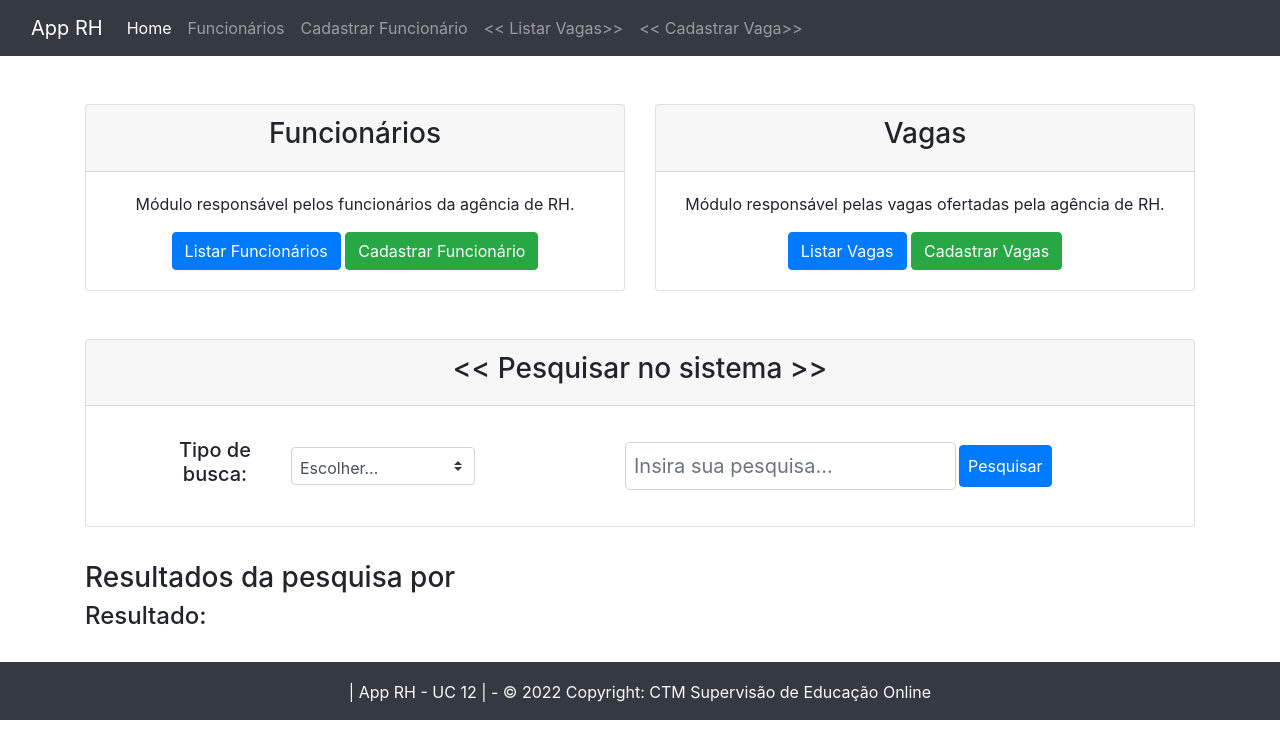
Repository: FilosoDev/SPRING-BOOT-testes
Page: http://localhost/index
The author's editor kept a copy of each file at every save. The page is drawn from the files as they stood at one save, then again after the next save.
The browser window is 1280 px wide. The pictures show the whole page.
The page is this project's Thymeleaf template; nobody is signed in. The template is opened directly, without the code that normally fills it, so the values that code supplies are empty.

Above is the page before, as saved 2021-11-23 17:56:01.
Console error: TypeError: Cannot read properties of undefined (reading 'fn')

### AppRH/AppRH/src/main/resources/templates/index.html
<!DOCTYPE html>
<html lang=”pt-br” xmlns:th="http://thymeleaf.org"
	xmlns:layout="http://www.ultraq.net.nz/thymeleaf/layout">

<head>

<meta charset="utf-8">
<meta http-equiv="X-UA-Compatible" content="IE=edge">
<meta name="viewport" content="width=device-width, initial-scale=1">

<title>| App RH - UC 12 |</title>

<!-- Bootstrap -->
<link href="bootstrap/css/bootstrap.min.css" rel="stylesheet">

<!-- HTML5 shim e Respond.js para suporte no IE8 de elementos HTML5 e media queries -->
<!-- ALERTA: Respond.js não funciona se você visualizar uma página file:// -->
<!--[if lt IE 9]>
      <script src="https://oss.maxcdn.com/html5shiv/3.7.3/html5shiv.min.js"></script>
      <script src="https://oss.maxcdn.com/respond/1.4.2/respond.min.js"></script>
    <![endif]-->

</head>

<body>

	<header>

		<nav class="navbar navbar-expand-lg navbar-dark bg-dark">
			<div class="container-fluid">
				<a class="navbar-brand" href="/">App RH</a>
				<button class="navbar-toggler" type="button"
					data-bs-toggle="collapse" data-bs-target="#navbarNav"
					aria-controls="navbarNav" aria-expanded="false"
					aria-label="Toggle navigation">
					<span class="navbar-toggler-icon"></span>
				</button>
				<div class="collapse navbar-collapse" id="navbarNav">
					<ul class="navbar-nav">
						<li class="nav-item"><a class="nav-link active"
							aria-current="page" href="/">Home</a></li>
						<li class="nav-item"><a class="nav-link" href="/funcionarios">Funcionários</a></li>
						<li class="nav-item"><a class="nav-link"
							href="/cadastrarFuncionario">Cadastrar Funcionário</a></li>
						<li class="nav-item"><a class="nav-link" href="/vagas">
								<< Listar Vagas>> </a></li>
						<li class="nav-item"><a class="nav-link"
							href="/cadastrarVaga"> << Cadastrar Vaga>> </a></li>
					</ul>
				</div>
			</div>
		</nav>

	</header>

	<div class="container">
		<br> <br>

		<div class="row">
			<div class="col">
				<div class="card text-center">
					<div class="card-header card-title">
						<h3>Funcionários</h3>
					</div>
					<div class="card-body">

						<p class="card-text">Módulo responsável pelos funcionários da
							agência de RH.</p>
						<a href="/funcionarios" class="btn btn-primary">Listar
							Funcionários</a> <a href="/cadastrarFuncionario"
							class="btn btn-success">Cadastrar Funcionário</a>
					</div>
				</div>
			</div>
			<div class="col">
				<div class="card text-center">
					<div class="card-header  card-title">
						<h3>Vagas</h3>
					</div>
					<div class="card-body">
						<p class="card-text">Módulo responsável pelas vagas ofertadas
							pela agência de RH.</p>
						<a href="/vagas" class="btn btn-primary">Listar Vagas</a> <a
							href="/cadastrarVaga" class="btn btn-success">Cadastrar Vagas</a>
					</div>
				</div>
			</div>


		</div>
		<div class="row">
			<div class="col">
				<br> <br>
				<div class="card text-center card w-100">
					<div class="card-header">
						<h3><< Pesquisar no sistema >></h3>
					</div>



					<form class="form-inline" method="post">


						<div class="row form-group justify-content-center w-100 p-2">


							<div class="row col-14 col-md-2">

								<label for="cars" class="my-3 p-2"><h5>Tipo de
										busca:</h5></label>
							</div>

							<div class="row col-12 col-md-4">


								<select name="busca" id="busca" class="custom-select my-3 p-2">
									<option selected>Escolher...</option>
									<option value="nomefuncionario">Nome do Funcionário</option>
									<option value="nomedependente">Nome do Dependente</option>
									<option value="nomecandidato">Nome do Candidato</option>
									<option value="titulovaga">Nome da Vaga</option>
								</select>


						</div>

							<div class="row col-12 col-md-4">

								<input
									class="form-control form-control-lg my-3 p-2"
									type="search" placeholder="Insira sua pesquisa..."
									aria-label="Pesquisar" name="nome">

							</div>

							<div class="row col-12 col-md-2">

								<button class="btn btn-primary my-3 p-2" type="submit">Pesquisar</button>

							</div>
						</div>

					</form>
				</div>
			</div>
			<br>
			<div class="container">
				<h3>
				<br>
					Resultados da pesquisa por <i> <span th:text="${busca}"></span>
					</i>
				</h3>
				<h4>
					Resultado: <span th:text="${contador}"></span>
				</h4>

				<div th:each="lstdependente : ${lista}">
					<span th:text="${lstdependente.nome}"></span> <br>

				</div>


				<div th:each="funcionario : ${funcionario}">
					<div class="row">
						<p>
							<span th:text="${funcionario.id}"></span>
						</p>
						<p>
							<span th:text="${funcionario.nome}"></span>
						</p>
						<p>
							<span th:text="${funcionario.data}"></span>
						</p>
						<p>
							<span th:text="${funcionario.email}"></span>
						</p>
					</div>
				</div>

				<div th:each="dependente : ${dependentes}">
					<span th:text="${dependente.cpf}"></span> <span
						th:text="${dependente.nome}"></span> <span
						th:text="${dependente.datanascimento}"></span> <br>
				</div>



			</div>



		</div>





		<div style="height: 100px;"></div>

		<div class="footer-copyright fixed-bottom bg-dark text-center py-3">
			<span class="text-light align-middle">| App RH - UC 12 | - ©
				2022 Copyright: CTM Supervisão de Educação Online</span>
		</div>

		<!--JavaScript bootstrap-->
		<script type="text/javascript" src="bootstrap/js/bootstrap.js"></script>
		<script
			src="https://cdn.jsdelivr.net/npm/bootstrap@5.1.3/dist/js/bootstrap.bundle.min.js"
			integrity="sha384-ka7Sk0Gln4gmtz2MlQnikT1wXgYsOg+OMhuP+IlRH9sENBO0LRn5q+8nbTov4+1p"
			crossorigin="anonymous">
	</script>
</body>

</html>

Loaded but not shown: AppRH/AppRH/src/main/resources/static/bootstrap/css/bootstrap.min.css (library); AppRH/AppRH/src/main/resources/static/bootstrap/js/bootstrap.js (library)

After the next save:
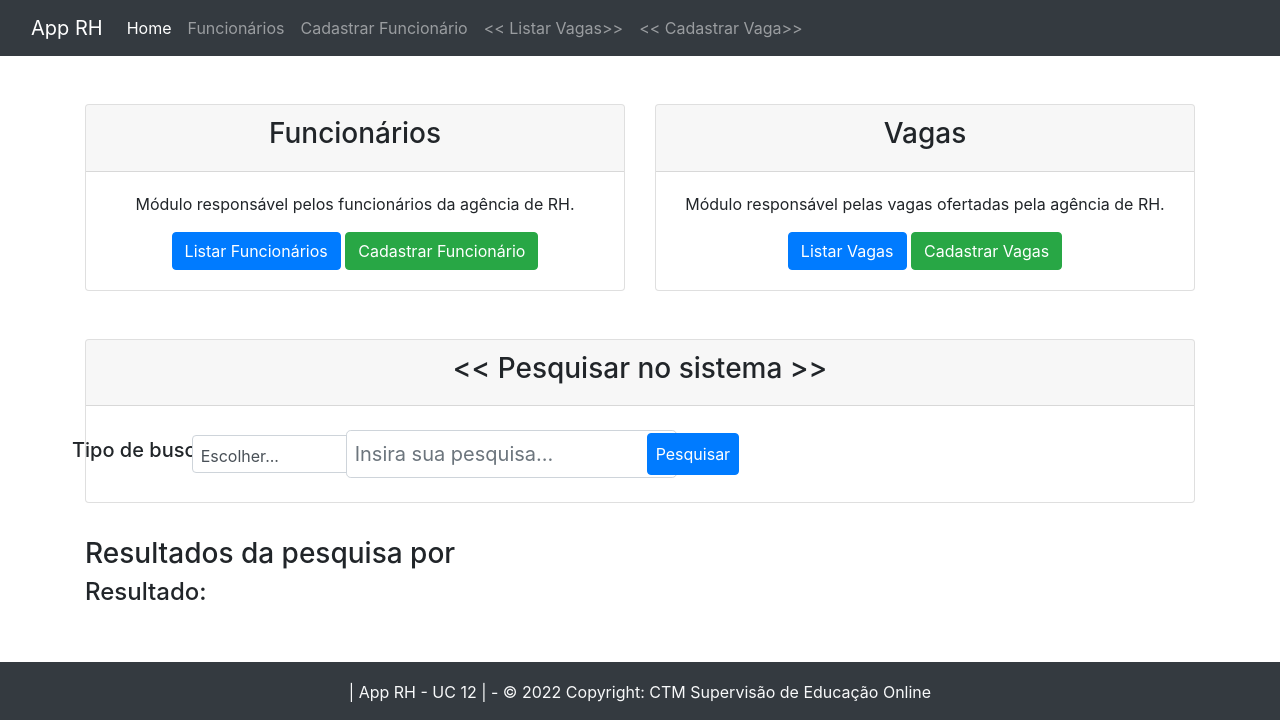
Saved 66 s later.
--- a/AppRH/AppRH/src/main/resources/templates/index.html
+++ b/AppRH/AppRH/src/main/resources/templates/index.html
@@ -101,16 +101,16 @@
 					<form class="form-inline" method="post">
 
 
-						<div class="row form-group justify-content-center w-100 p-2">
-
-
-							<div class="row col-14 col-md-2">
+						<div class="row form-group justify-content-center p-2">
+
+
+							<div class="row">
 
 								<label for="cars" class="my-3 p-2"><h5>Tipo de
 										busca:</h5></label>
 							</div>
 
-							<div class="row col-12 col-md-4">
+							<div class="row">
 
 
 								<select name="busca" id="busca" class="custom-select my-3 p-2">
@@ -124,7 +124,7 @@
 
 						</div>
 
-							<div class="row col-12 col-md-4">
+							<div class="row">
 
 								<input
 									class="form-control form-control-lg my-3 p-2"
@@ -133,7 +133,7 @@
 
 							</div>
 
-							<div class="row col-12 col-md-2">
+							<div class="row">
 
 								<button class="btn btn-primary my-3 p-2" type="submit">Pesquisar</button>
 
